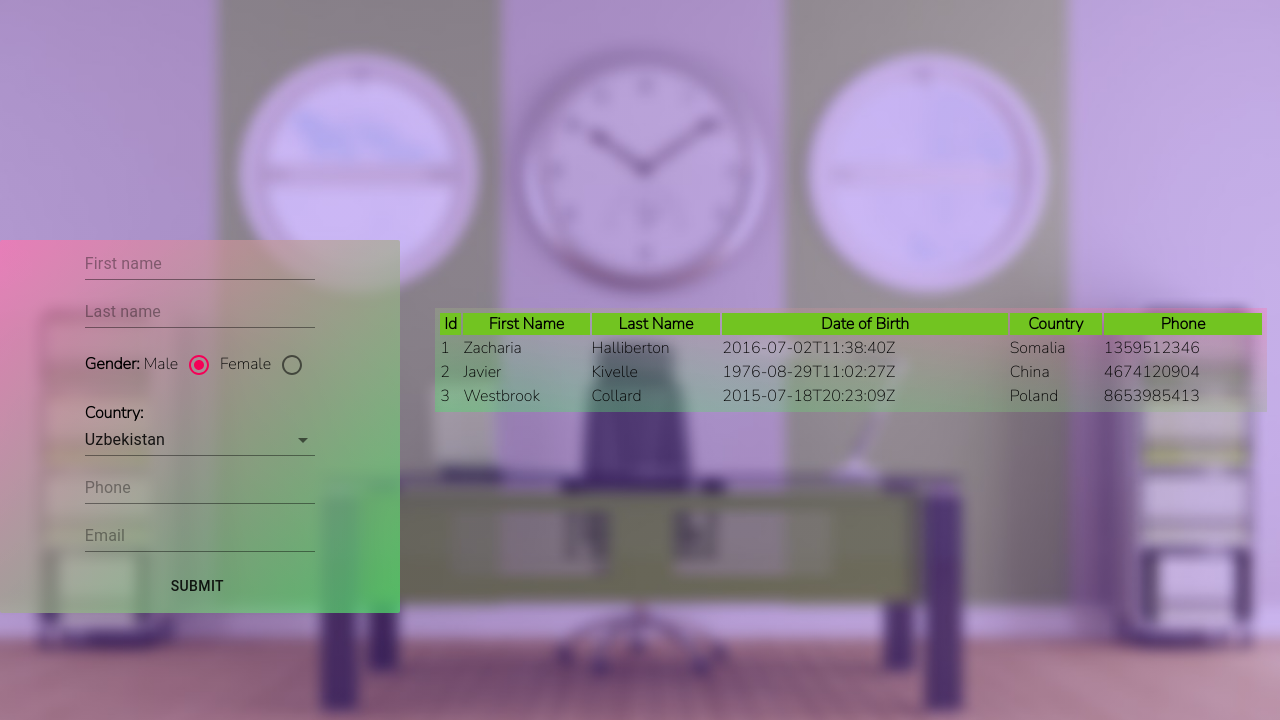
Repository: abrorsaidov/table-table
Page: /
An editor plug-in stored every save of this project. The page is shown before and after the next save, followed by the edit.
The browser window is 1280 px wide. The pictures show the whole page.
The project was rebuilt for these pictures with package versions that can differ from the ones it lists, and the page was loaded fresh each time. Also part of the build but not shown: src/components/ComponentC.js.

Above is the page before, as saved 2020-12-05 00:42:29.

After the next save:
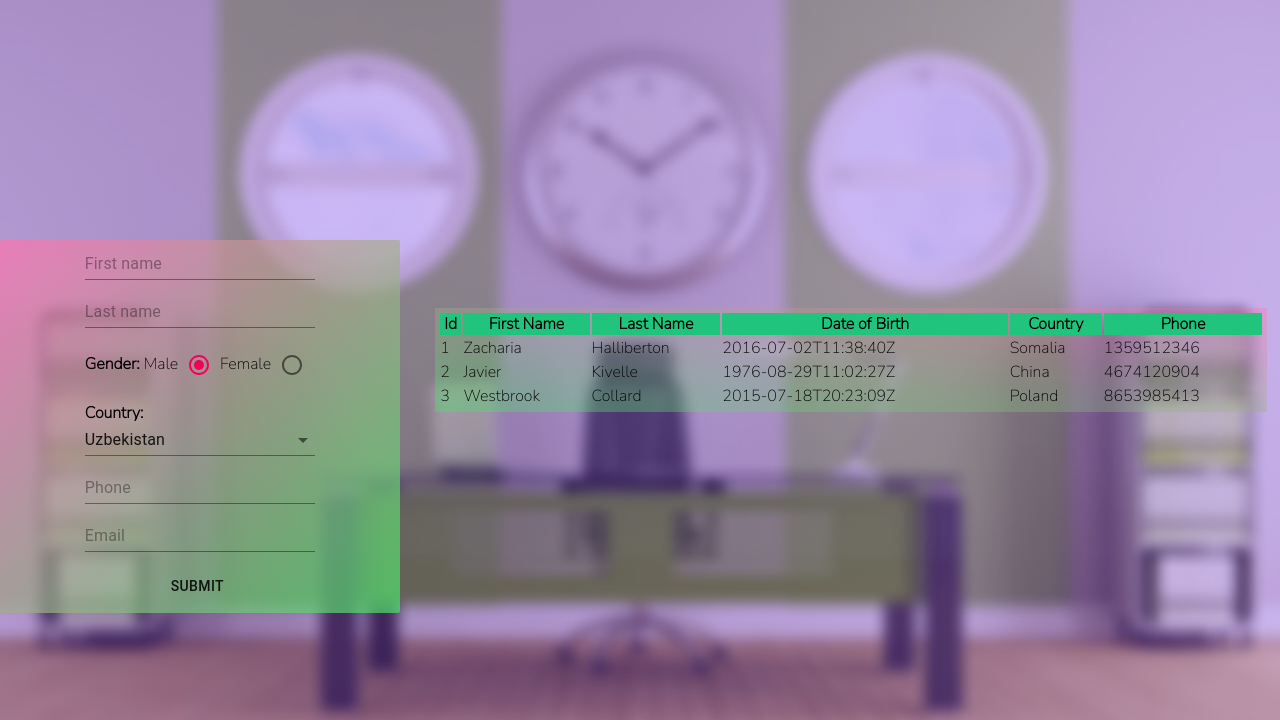
Saved 8 s later.
--- a/src/App.css
+++ b/src/App.css
@@ -90,5 +90,5 @@ option {
 }
 
 thead {
-  background: rgb(114, 196, 33);
+  background: rgb(33, 196, 125);
 }
